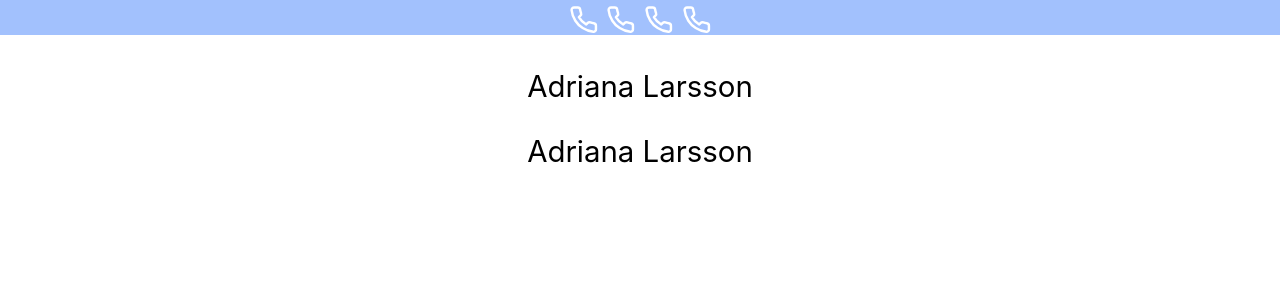
Repository: AdrianaLarsson/learning-react-adriana
Page: /
The author's editor kept a copy of each file at every save. The page is drawn from the files as they stood at one save, then again after a run of saves.
The browser window is 1280 px wide. The pictures show the whole page.
The project was rebuilt for these pictures with package versions that can differ from the ones it lists, and the page was loaded fresh each time. Also part of the build but not shown: src/components/pixiLearn/pixi-learning.js, src/components/pixiLearn/reactTimline/timelinegant.js.

Above is the page before, as saved 2021-02-17 13:25:47.

After the next 2 saves:
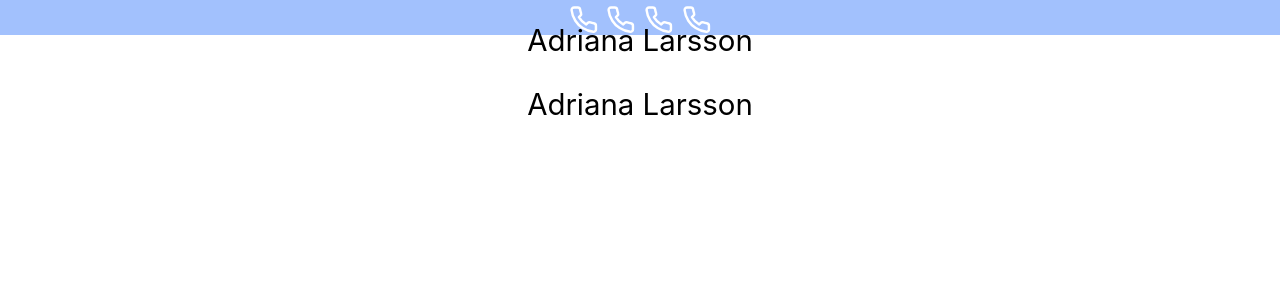
The 2 saves are shown as one change because they came seconds apart.
The last was saved 7 s later.
--- a/src/App.css
+++ b/src/App.css
@@ -21,7 +21,6 @@
   align-items: center;
   font-size: calc(15px + 2vmin);
   color: rgb(0, 0, 0);
-  .right {
     display: inline-flex;
     flex-direction: row;
   }
